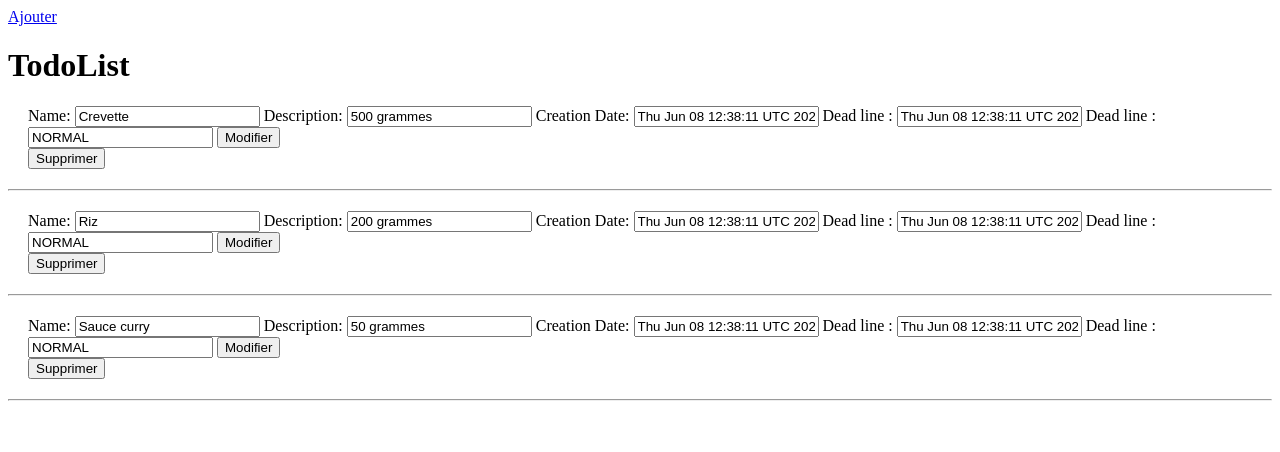
Repository: HugoGit-Hub/TodoList
Page: http://localhost/todo-list/TodoList
The author's editor kept a copy of each file at every save. The page is drawn from the files as they stood at one save, then again after the next save.
The browser window is 1280 px wide. The pictures show the whole page.
The page is served by Tomcat 9.

Above is the page before, as saved 2023-06-08 17:10:39.
Not found: todo-list/todo-list/src/main/webapp/css/style.css

After the next save:
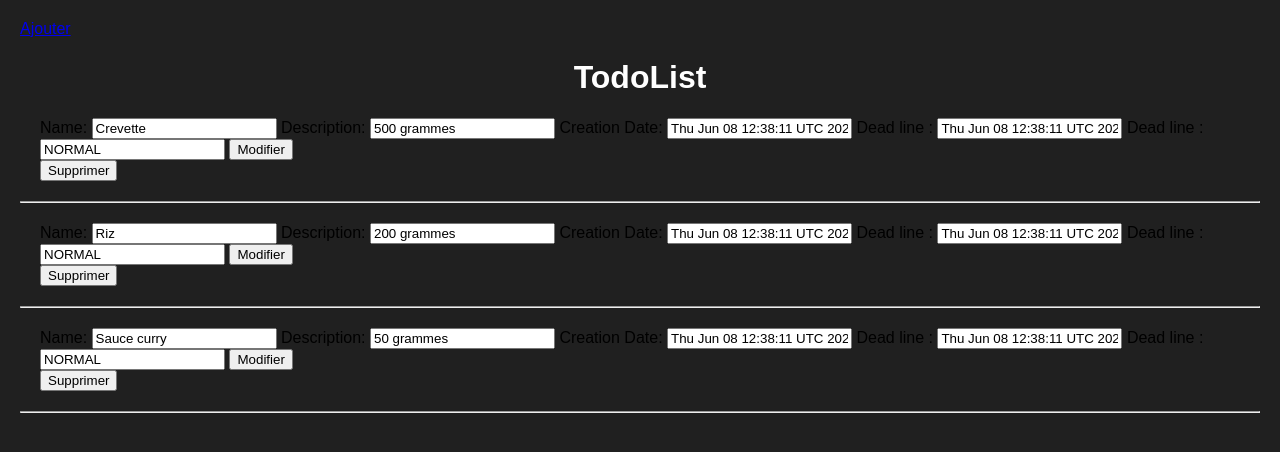
Saved 22 s later.
--- a/todo-list/src/main/webapp/jsp/todoList.jsp
+++ b/todo-list/src/main/webapp/jsp/todoList.jsp
@@ -10,7 +10,7 @@
 	<head>
 		<meta charset="UTF-8">
 		<title>TodoList</title>
-		<link href="/todo-list/src/main/webapp/css/style.css" rel="stylesheet" type="text/css">
+		<link href="../css/style.css" rel="stylesheet" type="text/css">
 	</head>
 	<body>
 
